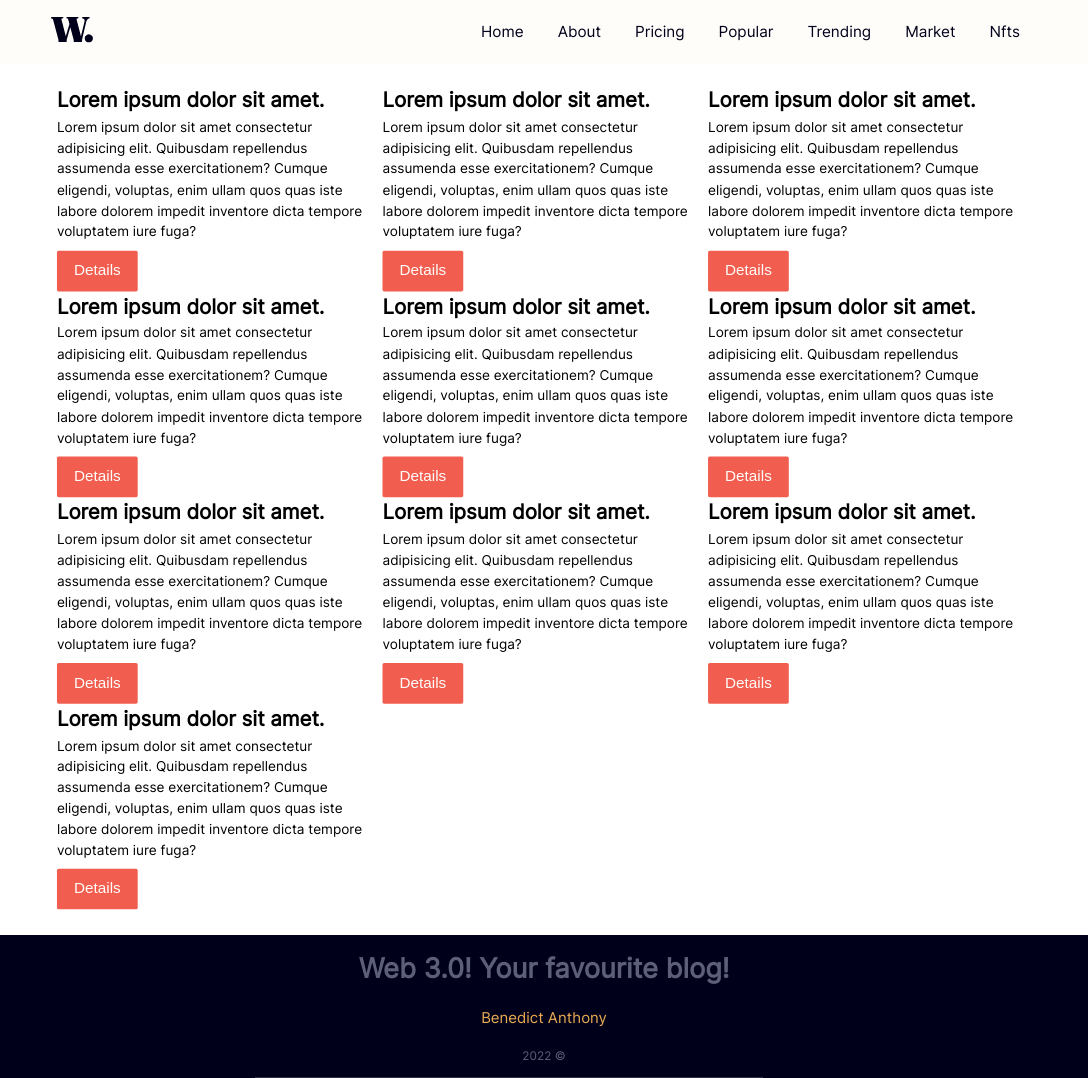
Repository: Benedict-Anthony/web3.0-blog-chain
Page: /market
An editor plug-in stored every save of this project. The page is shown before and after the next save, followed by the edit.
The browser window is 1280 px wide. The pictures show the whole page, at 85% of full size.
The project was rebuilt for these pictures with package versions that can differ from the ones it lists, and the page was loaded fresh each time. The framework's server and built-in components were replaced by stand-ins that run in the browser. Also part of the build but not shown: next.config.js, styles/styles.css.

Above is the page before, as saved 2022-12-22 05:21:56.

After the next save:
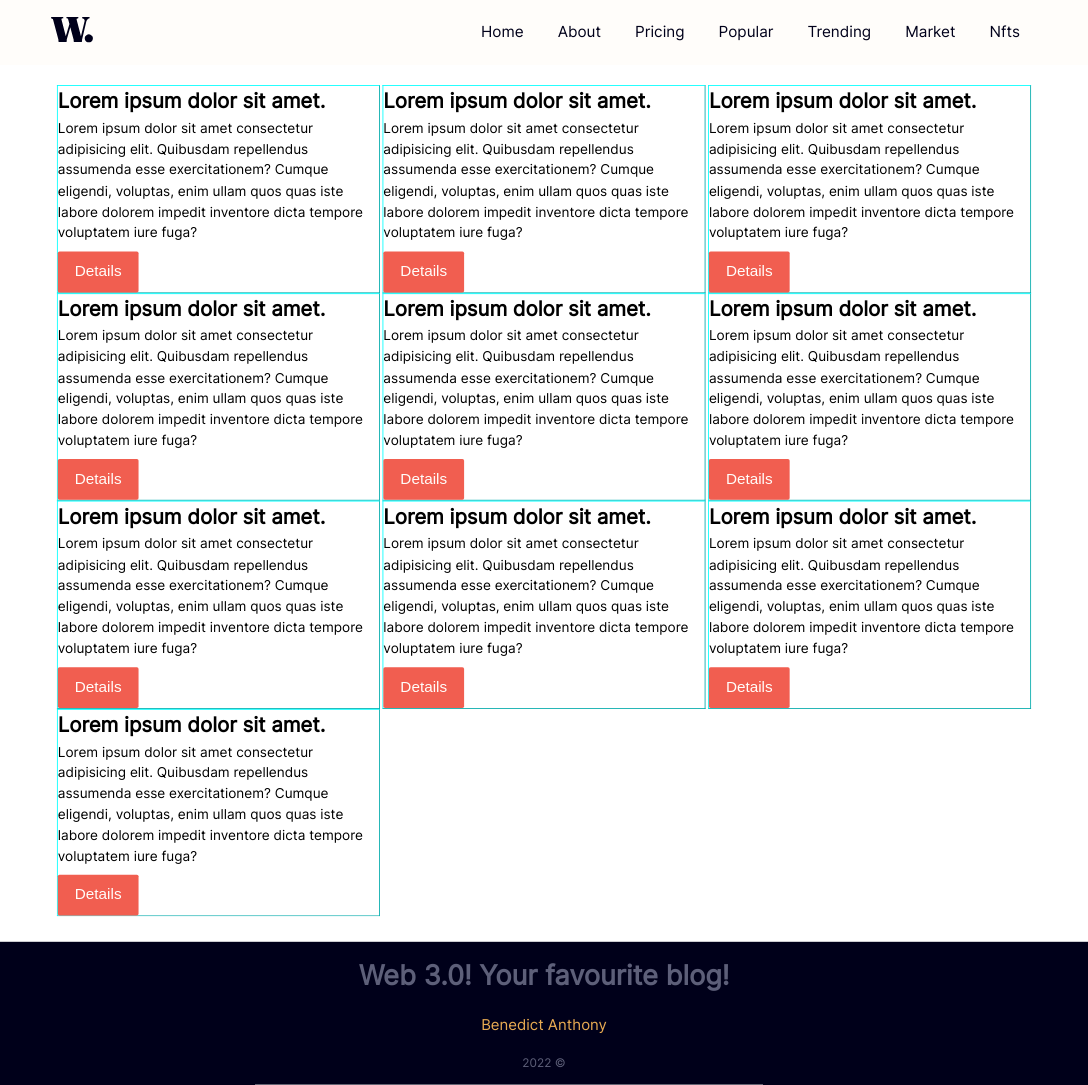
Saved 24 s later.
--- a/components/Market.tsx
+++ b/components/Market.tsx
@@ -1,9 +1,10 @@
 import React from 'react'
 import Button from './Button'
+import MarketStyles from "@/styles/Market.module.scss"
 
 const Market = () => {
   return (
-    <article>
+    <article className={MarketStyles.article}>
           <h2>Lorem ipsum dolor sit amet.</h2>
           <p>Lorem ipsum dolor sit amet consectetur adipisicing elit. Quibusdam repellendus assumenda esse exercitationem? Cumque eligendi, voluptas, enim ullam quos quas iste labore dolorem impedit inventore dicta tempore voluptatem iure fuga?</p>
           <Button title='Details'/>
